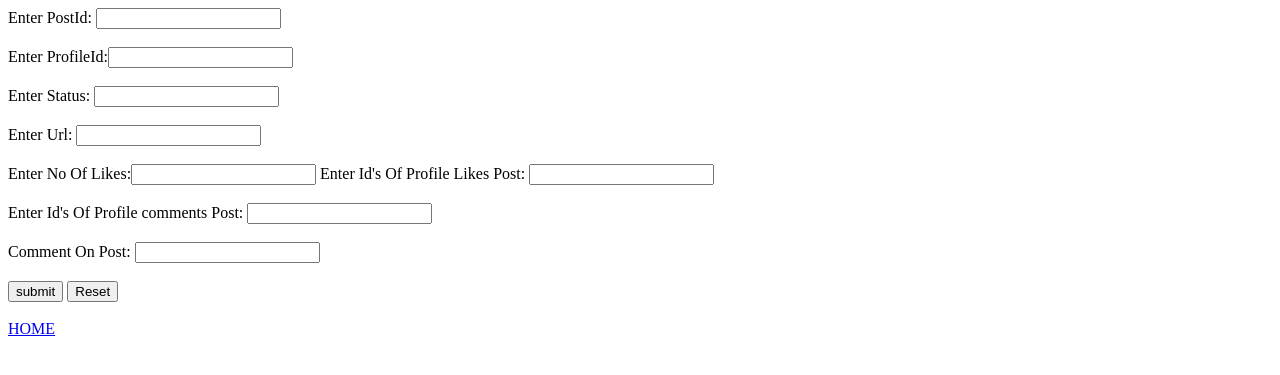
Repository: deepikabachhav/Ally-World-Post
Page: http://localhost/website/WEB-INF/jsp/AddPostForm.jsp
These files come from the project's save history. The page is drawn as it stood at one moment and after the next save; the edit follows.
The browser window is 1280 px wide. The pictures show the whole page.
The page is served by Tomcat 9. Nobody is signed in. Other server files are loaded and not shown. The template is opened directly, without the code that normally fills it, so the values that code supplies are empty.

Above is the page before, as saved 2019-02-12 06:32:04.

### website/src/main/webapp/WEB-INF/jsp/AddPostForm.jsp
<%@ page language="java" contentType="text/html; charset=ISO-8859-1"
    pageEncoding="ISO-8859-1"%>
<!DOCTYPE html>
<html>
<head>
<meta charset="ISO-8859-1">
<title>Insert title here</title>
</head>
<body>
<form action="createNewPost" >
		Enter PostId: <input type="text" name="postId"/> <br /> <br />
		Enter ProfileId:<input type="text" name="profileId"/> <br /> <br />
		Enter Status:  <input type="text" name="status"/><br /> <br />
		Enter Url: <input type="text" name="url"/> <br /> <br />
		Enter No Of Likes:<input type="number" name="likes">
		Enter Id's Of Profile Likes Post: <input type="text" name="likesProfileId"/> <br /> <br />
		Enter Id's Of Profile comments Post: <input type="text" name="commentProfileId"/> <br /> <br />
		Comment On Post: <input type="text" name="comment"/> <br /> <br />
  		<input type="submit" value="submit">
		<input type="Reset" value="Reset">
	</form><br />
	<div>
		<jsp:include page="HomeLink.html"></jsp:include>
	</div>
</body>
</html>

### website/src/main/webapp/WEB-INF/jsp/HomeLink.html
<!DOCTYPE html>
<html>
<head>
<meta charset="ISO-8859-1">
<title>Insert title here</title>
</head>
<body>
<a href="home">HOME</a>
</body>
</html>

After the next save:
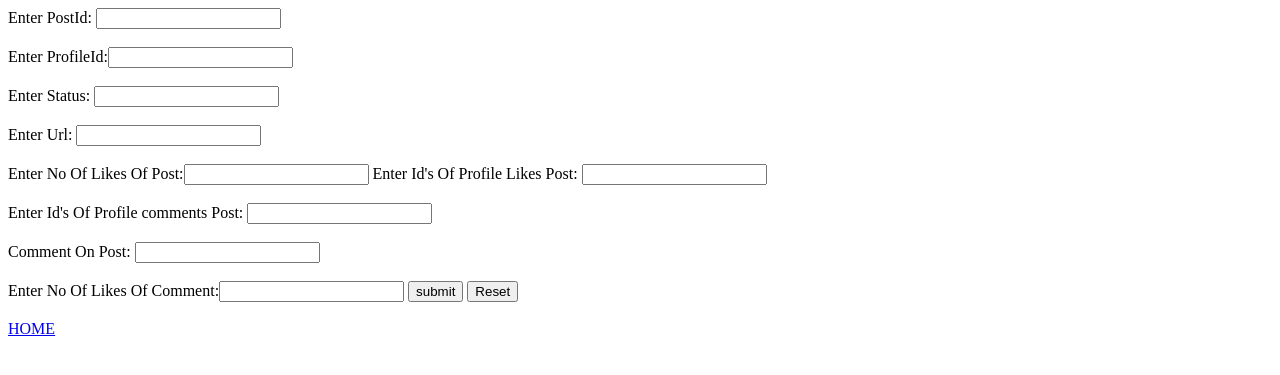
Saved 67 s later.
--- a/website/src/main/webapp/WEB-INF/jsp/AddPostForm.jsp
+++ b/website/src/main/webapp/WEB-INF/jsp/AddPostForm.jsp
@@ -12,10 +12,11 @@
 		Enter ProfileId:<input type="text" name="profileId"/> <br /> <br />
 		Enter Status:  <input type="text" name="status"/><br /> <br />
 		Enter Url: <input type="text" name="url"/> <br /> <br />
-		Enter No Of Likes:<input type="number" name="likes">
+		Enter No Of Likes Of Post:<input type="number" name="likes">
 		Enter Id's Of Profile Likes Post: <input type="text" name="likesProfileId"/> <br /> <br />
 		Enter Id's Of Profile comments Post: <input type="text" name="commentProfileId"/> <br /> <br />
 		Comment On Post: <input type="text" name="comment"/> <br /> <br />
+		Enter No Of Likes Of Comment:<input type="number" name="likesComment">
   		<input type="submit" value="submit">
 		<input type="Reset" value="Reset">
 	</form><br />
